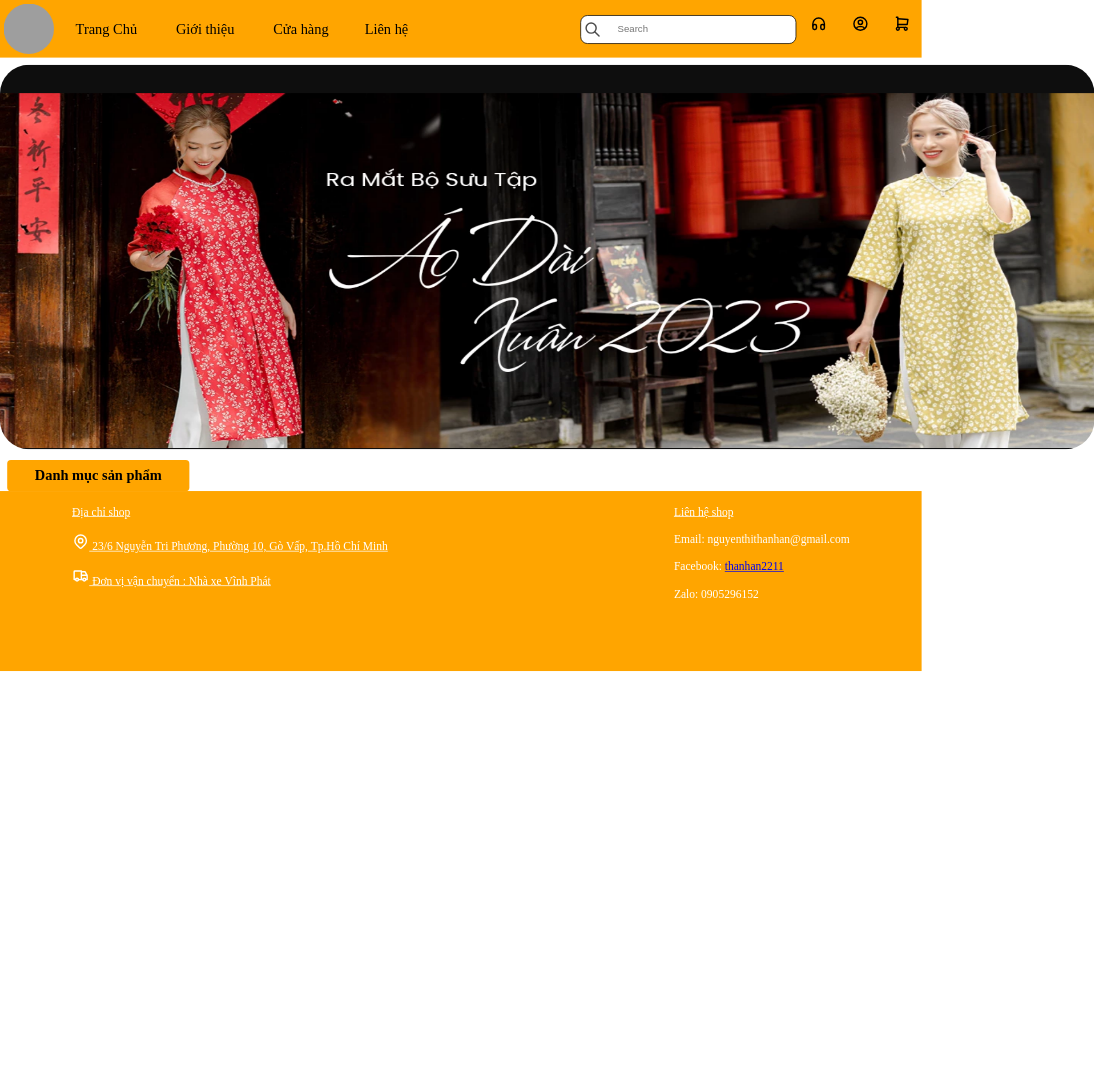
Repository: manhhieu120499/test-page
Page: index.html
These files come from the project's save history. The page is drawn as it stood at one moment and after a run of saves; the edit follows.
The browser window is 1280 px wide. The page is 1520 px wide, so the pictures cover 1520 px, including what lies to the right of the window. The pictures show the whole page, at 72% of full size.
Pictures or frames that could not be fetched are drawn as grey boxes.

Above is the page before, as saved 2023-01-12 00:37:28.

After the next 2 saves:
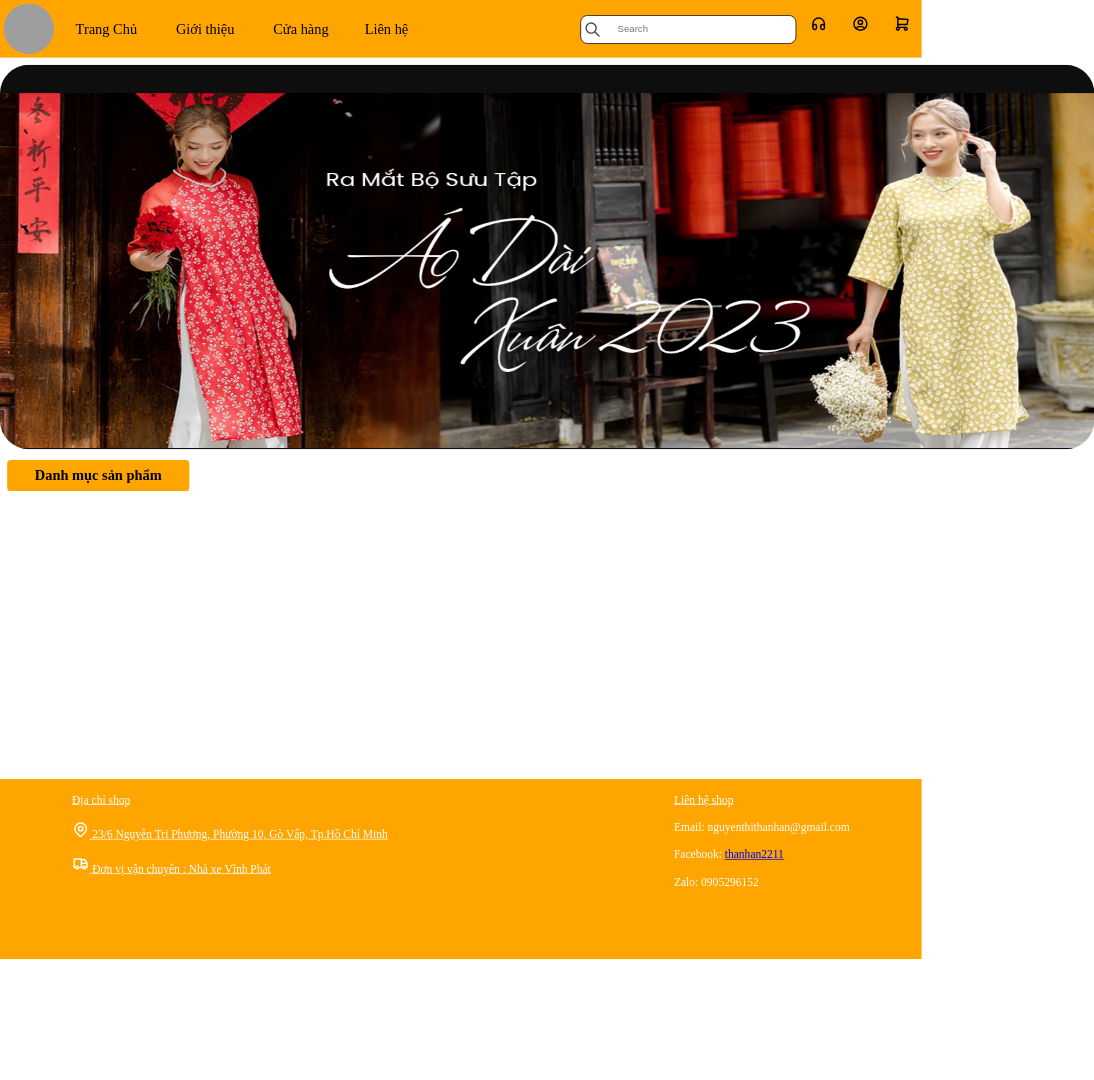
The 2 saves are shown as one change because they came seconds apart.
The last was saved 34 s later.
--- a/style.css
+++ b/style.css
@@ -91,7 +91,7 @@ body {
    background-color: orange;
    display: flex;
    justify-content: space-between;
-   margin-bottom: 0px;
+   margin-top: 400px;
 }
 
 .address, .contact {
